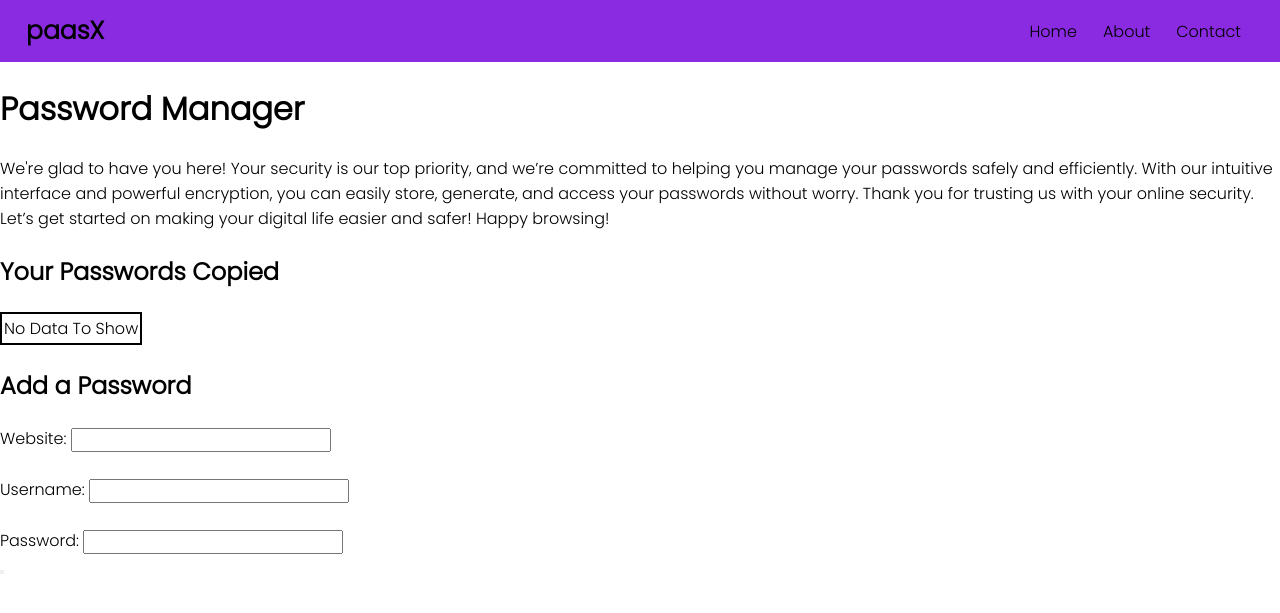
Repository: Abhi2807ar/PASSWORD-MANAGER
Page: index.html
These files come from the project's save history. The page is drawn as it stood at one moment and after a run of saves; the edit follows.
The browser window is 1280 px wide. The pictures show the whole page.

Above is the page before, as saved 2024-10-14 18:30:02.
Console error: TypeError: Document.querySelector is not a function

After the next 2 saves:
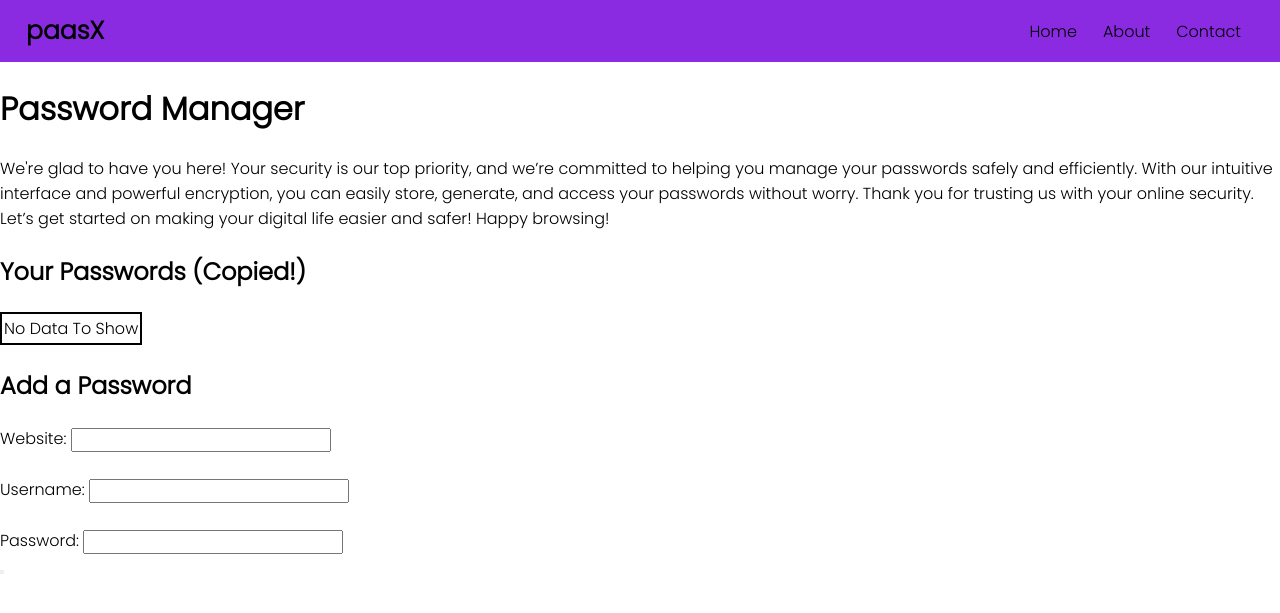
The 2 saves are shown as one change because they came seconds apart.
The last was saved 9 s later.
--- a/index.html
+++ b/index.html
@@ -27,7 +27,7 @@
 Thank you for trusting us with your online security. Let’s get started on making your digital life easier and safer!
 Happy browsing!
         </p>
-        <h2>Your Passwords <span id="alert">Copied</span></h2>
+        <h2>Your Passwords <span id="alert">(Copied!)</span></h2>
 
         <table>
             <tr>
